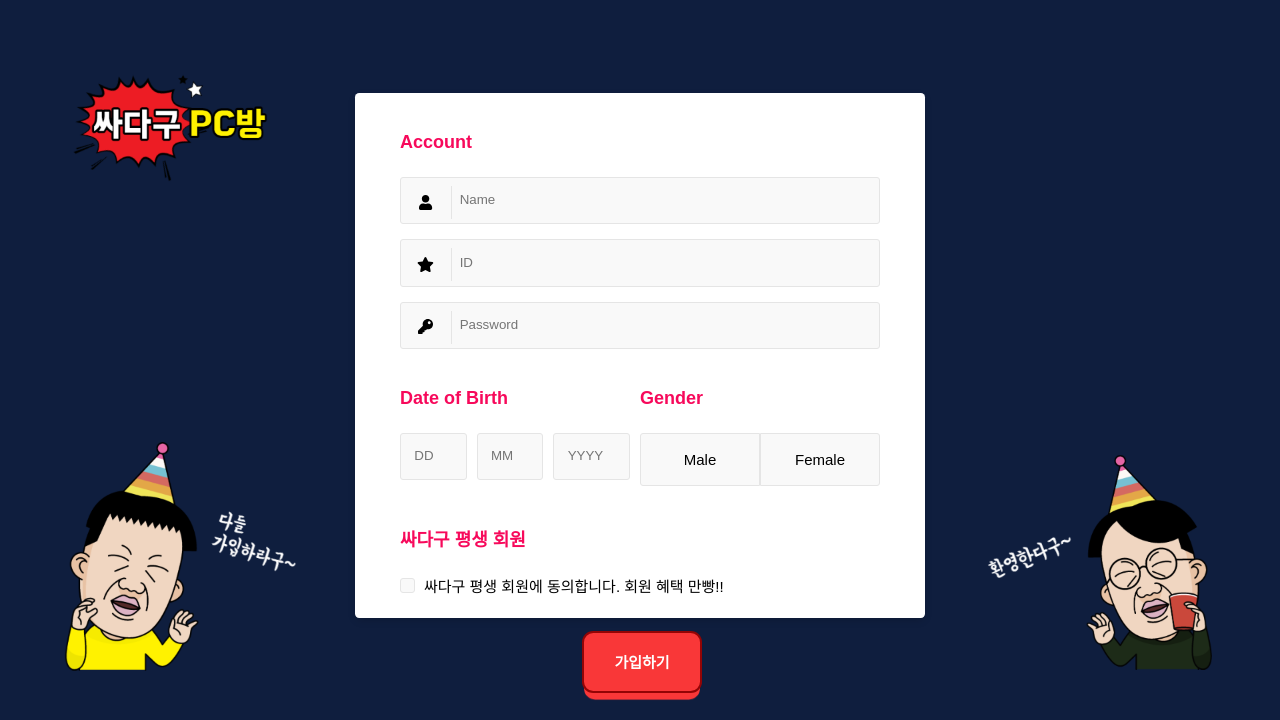
Repository: lkwoung/webProject-assignment
Page: http://localhost/CheapPC/login/join.jsp
These files come from the project's save history. The page is drawn as it stood at one moment and after the next save; the edit follows.
The browser window is 1280 px wide. The pictures show the whole page.
Backgrounds fixed to the window are drawn as part of the page. Some web fonts or font styles are not loaded; a fallback is used. Some web libraries are served in a nearby version. The page is served by Tomcat 9. Other server files are loaded and not shown.

Above is the page before, as saved 2020-12-17 09:14:47.

### CheapPC/WebContent/login/join.jsp
<%@ page language="java" contentType="text/html; charset=UTF-8"
	pageEncoding="UTF-8"%>
<!DOCTYPE html>
<html>
<head>
  <meta http-equiv="Content-Type" content="text/html; charset=UTF-8"/>
  <script src="https://use.fontawesome.com/releases/v5.2.0/js/all.js"></script>
  <title>cheap PC Join</title>
  <link rel="stylesheet" href="../css/join.css">
  <link href="https://fonts.googleapis.com/earlyaccess/hanna.css" rel="stylesheet" type="text/css" />
</head>
<body>
<div class="container">
  <form name=joinform style="font-family:'Hanna', sans-serif;" action="user_join">
    <div class="row">
      <h4>Account</h4>
      <div class="input-group input-group-icon">
        <input type="text" name="name" placeholder="Name" style="font-family:'Hanna', sans-serif;"/>
        <div class="input-icon"><i class="fa fa-user"></i></div>
      </div>
      <div class="input-group input-group-icon">
        <input type="text" name="id" placeholder="ID" style="font-family:'Hanna', sans-serif;"/>
        <div class="input-icon"><i class="fa fa-star"></i></div>
      </div>
      <div class="input-group input-group-icon">
        <input type="password" name="password" placeholder="Password" style="font-family:'Hanna', sans-serif;"/>
        <div class="input-icon"><i class="fa fa-key"></i></div>
      </div>
    </div>
    <div class="row">
      <div class="col-half">
        <h4>Date of Birth</h4>
        <div class="input-group">
          <div class="col-third">
            <input type="text" name="dd" placeholder="DD"/>
          </div>
          <div class="col-third">
            <input type="text" name="mm" placeholder="MM"/>
          </div>
          <div class="col-third">
            <input type="text" name="yyyy" placeholder="YYYY"/>
          </div>
        </div>
      </div>
      <div class="col-half">
        <h4>Gender</h4>
        <div class="input-group">
          <input type="radio" name="gender" value="male" id="gender-male"/>
          <label for="gender-male">Male</label>
          <input type="radio" name="gender" value="female" id="gender-female"/>
          <label for="gender-female">Female</label>
        </div>
      </div>
    </div>
    <div class="row">
      <h4>싸다구 평생 회원</h4>
      <div class="input-group">
        <input type="checkbox" name="contract" value="yes" id="terms" />
        <label for="terms" style="font-family:'Hanna', sans-serif;">싸다구 평생 회원에 동의합니다. 회원 혜택 만빵!!</label>
      </div>
    </div>
      <button type="submit" class="learn-more" style="color:#fff;">가입하기</button>
  </form>
  </div>

<script src="https://code.jquery.com/jquery-3.1.1.min.js"></script>
</body>

### CheapPC/WebContent/css/join.css
*,
*:before,
*:after {
  box-sizing: border-box;
}
body {
	background: url(image/join.png) no-repeat center center fixed;
	-webkit-background-size: cover;
	-moz-background-size: cover;
	-o-background-size: cover;
  background-size: cover;
  padding: 1em;
  font-family:'Hanna', sans-serif;
  font-size: 15px;
}
h4 {
  color: #f7095b;
  font-size:18px;
}
input,
input[type="radio"] + label,
input[type="checkbox"] + label:before,
select option,
select {
  width: 100%;
  padding: 1em;
  line-height: 1.4;
  background-color: #f9f9f9;
  border: 1px solid #e5e5e5;
  border-radius: 3px;
  -webkit-transition: 0.35s ease-in-out;
  -moz-transition: 0.35s ease-in-out;
  -o-transition: 0.35s ease-in-out;
  transition: 0.35s ease-in-out;
  transition: all 0.35s ease-in-out;
}
input:focus {
  outline: 0;
  border-color: #f7095b;
}
input:focus + .input-icon i {
  color: #f7095b;
}
input:focus + .input-icon:after {
  border-right-color: #f7095b;
}
input[type="radio"] {
  display: none;
}
input[type="radio"] + label,
select {
  display: inline-block;
  width: 50%;
  text-align: center;
  float: left;
  border-radius: 0;
}
input[type="radio"] + label:first-of-type {
  border-top-left-radius: 3px;
  border-bottom-left-radius: 3px;
}
input[type="radio"] + label:last-of-type {
  border-top-right-radius: 3px;
  border-bottom-right-radius: 3px;
}
input[type="radio"] + label i {
  padding-right: 0.4em;
}
input[type="radio"]:checked + label,
input:checked + label:before,
select:focus,
select:active {
  background-color: #f7095b;
  color: #fff;
  border-color: #d90952;
}
input[type="checkbox"] {
  display: none;
}
input[type="checkbox"] + label {
  position: relative;
  display: block;
  padding-left: 1.6em;
}
input[type="checkbox"] + label:before {
  position: absolute;
  top: 0.2em;
  left: 0;
  display: block;
  width: 1em;
  height: 1em;
  padding: 0;
  content: "";
}
input[type="checkbox"] + label:after {
  position: absolute;
  top: 0.45em;
  left: 0.2em;
  font-size: 0.8em;
  color: #fff;
  opacity: 0;
  font-family:'Hanna', sans-serif;
  content: "\f00c";
}
input:checked + label:after {
  opacity: 1;
}
select {
  height: 3.4em;
  line-height: 2;
}
select:first-of-type {
  border-top-left-radius: 3px;
  border-bottom-left-radius: 3px;
}
select:last-of-type {
  border-top-right-radius: 3px;
  border-bottom-right-radius: 3px;
}
select:focus,
select:active {
  outline: 0;
}
select option {
  background-color: #f7095b;
  color: #fff;
}
.input-group {
  margin-bottom: 1em;
  zoom: 1;
}
.input-group:before,
.input-group:after {
  content: "";
  display: table;
}
.input-group:after {
  clear: both;
}
.input-group-icon {
  position: relative;
}
.input-group-icon input {
  padding-left: 4.4em;
}
.input-group-icon .input-icon {
  position: absolute;
  top: 0;
  left: 0;
  width: 3.4em;
  height: 3.4em;
  line-height: 3.4em;
  text-align: center;
  pointer-events: none;
}
.input-group-icon .input-icon:after {
  position: absolute;
  top: 0.6em;
  bottom: 0.6em;
  left: 3.4em;
  display: block;
  border-right: 1px solid #e5e5e5;
  content: "";
  -webkit-transition: 0.35s ease-in-out;
  -moz-transition: 0.35s ease-in-out;
  -o-transition: 0.35s ease-in-out;
  transition: 0.35s ease-in-out;
  transition: all 0.35s ease-in-out;
}
.input-group-icon .input-icon i {
  -webkit-transition: 0.35s ease-in-out;
  -moz-transition: 0.35s ease-in-out;
  -o-transition: 0.35s ease-in-out;
  transition: 0.35s ease-in-out;
  transition: all 0.35s ease-in-out;
}
.container {
  max-height:35em;
  max-width: 38em;
  padding: 1em 3em 2em 3em;
  margin: 0em auto;
  margin-top: 70px;
  background-color: #fff;
  border-radius: 4.2px;
  box-shadow: 0px 3px 10px -2px rgba(0, 0, 0, 0.2);
}
.row {
  zoom: 1;
}
.row:before,
.row:after {
  content: "";
  display: table;
}
.row:after {
  clear: both;
}
.col-half {
  padding-right: 10px;
  float: left;
  width: 50%;
}
.col-half:last-of-type {
  padding-right: 0;
}
.col-third {
  padding-right: 10px;
  float: left;
  width: 33.33333333%;
}
.col-third:last-of-type {
  padding-right: 0;
}
@media only screen and (max-width: 540px) {
  .col-half {
    width: 100%;
    padding-right: 0;
  }
}
button {
  position: relative;
  display: inline-block;
  cursor: pointer;
  outline: none;
  border: 0;
  vertical-align: middle;
  text-decoration: none;
  font-size: inherit;
}
button.learn-more {
  margin-top:20px;
  left:38%;
  text-align: center;
  font-weight: 600;
  color: #fff;
  text-transform: uppercase;
  padding: 1.25em 2em;
  background: #F93738;
  border: 2px solid #930405;
  border-radius: 0.75em;
  -webkit-transform-style: preserve-3d;
          transform-style: preserve-3d;
  -webkit-transition: background 150ms cubic-bezier(0, 0, 0.58, 1), -webkit-transform 150ms cubic-bezier(0, 0, 0.58, 1);
  transition: background 150ms cubic-bezier(0, 0, 0.58, 1), -webkit-transform 150ms cubic-bezier(0, 0, 0.58, 1);
  transition: transform 150ms cubic-bezier(0, 0, 0.58, 1), background 150ms cubic-bezier(0, 0, 0.58, 1);
  transition: transform 150ms cubic-bezier(0, 0, 0.58, 1), background 150ms cubic-bezier(0, 0, 0.58, 1), -webkit-transform 150ms cubic-bezier(0, 0, 0.58, 1);
}
button.learn-more::before {
  position: absolute;
  content: '';
  width: 100%;
  height: 80%;
  top: 0;
  left: 0;
  right: 0;
  bottom: 0;
  background: #F93738;
  border-radius: inherit;
  box-shadow: 0 0 0 2px #F93738, 0 0.625em 0 0 #F93738;
  -webkit-transform: translate3d(0, 0.75em, -1em);
          transform: translate3d(0, 0.75em, -1em);
  -webkit-transition: box-shadow 150ms cubic-bezier(0, 0, 0.58, 1), -webkit-transform 150ms cubic-bezier(0, 0, 0.58, 1);
  transition: box-shadow 150ms cubic-bezier(0, 0, 0.58, 1), -webkit-transform 150ms cubic-bezier(0, 0, 0.58, 1);
  transition: transform 150ms cubic-bezier(0, 0, 0.58, 1), box-shadow 150ms cubic-bezier(0, 0, 0.58, 1);
  transition: transform 150ms cubic-bezier(0, 0, 0.58, 1), box-shadow 150ms cubic-bezier(0, 0, 0.58, 1), -webkit-transform 150ms cubic-bezier(0, 0, 0.58, 1);
}
button.learn-more:hover {
  background: #F93738;
  -webkit-transform: translate(0, 0.25em);
          transform: translate(0, 0.25em);
}
button.learn-more:hover::before {
  box-shadow: 0 0 0 2px #F93738, 0 0.5em 0 0 #F93738;
  -webkit-transform: translate3d(0, 0.5em, -1em);
          transform: translate3d(0, 0.5em, -1em);
}
button.learn-more:active {
  background: #F93738;
  -webkit-transform: translate(0em, 0.75em);
          transform: translate(0em, 0.75em);
}
button.learn-more:active::before {
  box-shadow: 0 0 0 2px #930405, 0 0 #930405;
  -webkit-transform: translate3d(0, 0, -1em);
          transform: translate3d(0, 0, -1em);

After the next save:
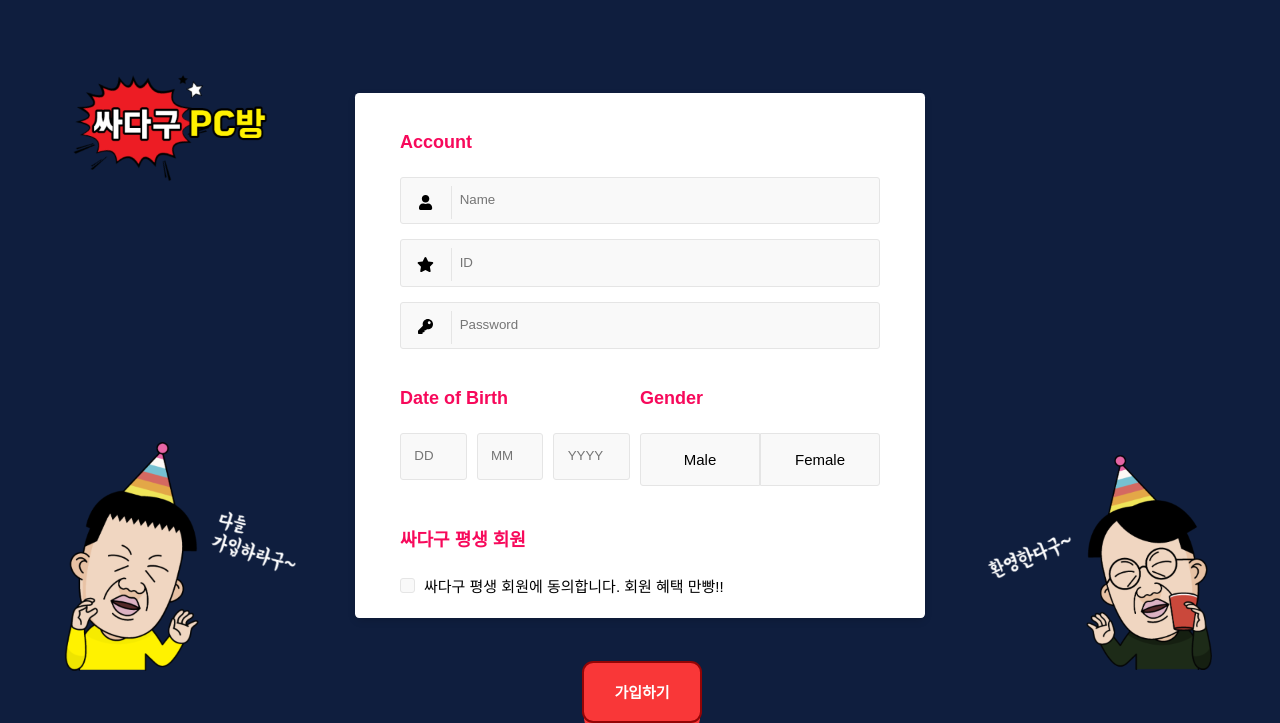
Saved 67 s later.
--- a/CheapPC/WebContent/css/join.css
+++ b/CheapPC/WebContent/css/join.css
@@ -228,7 +228,7 @@ button {
   font-size: inherit;
 }
 button.learn-more {
-  margin-top:20px;
+  top:50px;
   left:38%;
   text-align: center;
   font-weight: 600;
